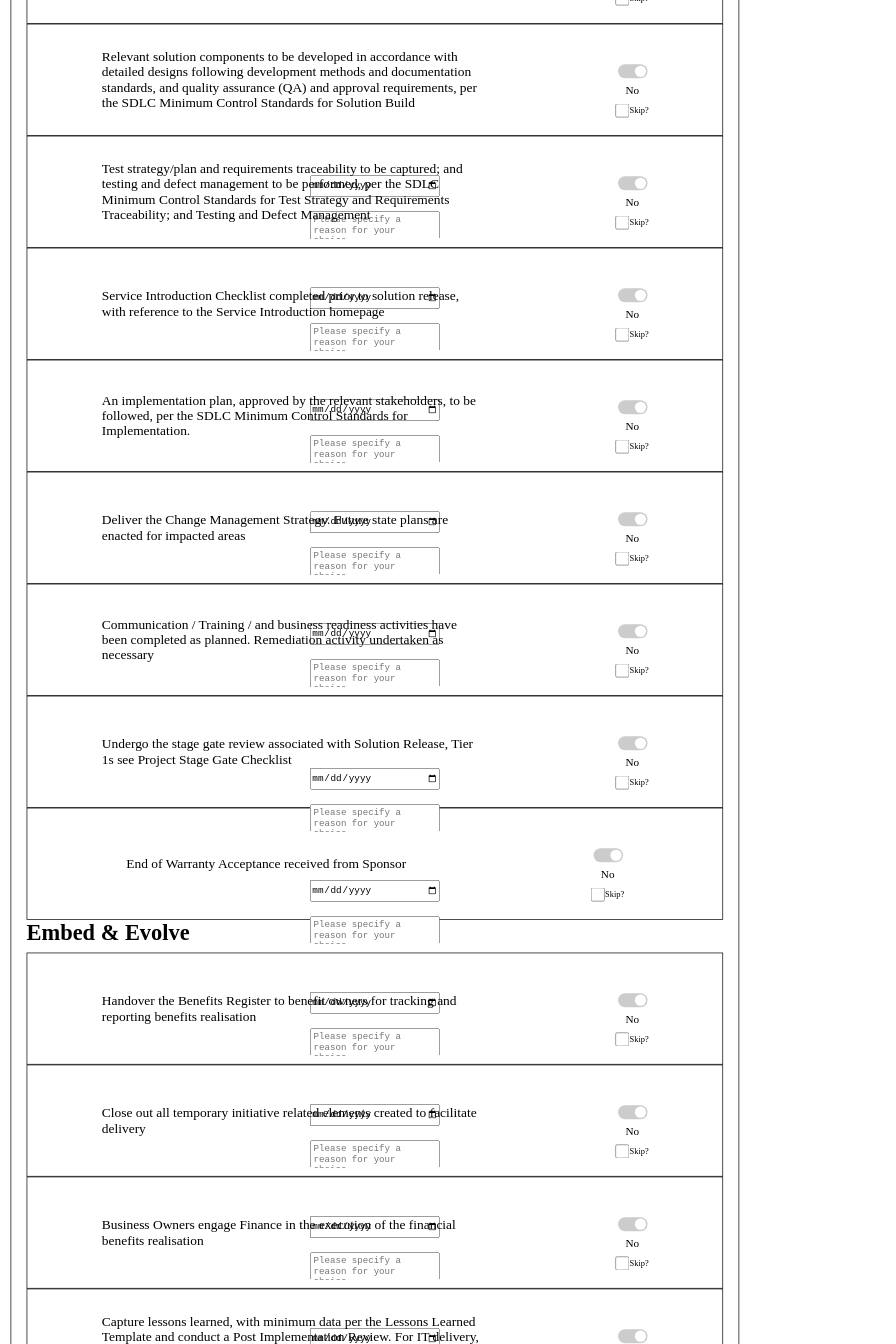
Repository: I-Alpha/JQuery-Html-form
Page: Project-form.html
These files come from the project's save history. The page is drawn as it stood at one moment and after a run of saves; the edit follows.
The browser window is 1280 px wide. The pictures show the part of the page from y = 4247 to 6167 px (the page is 16897 px tall), at 70% of full size.

Above is the page before, as saved 2020-10-27 00:43:49.

After the next 2 saves:
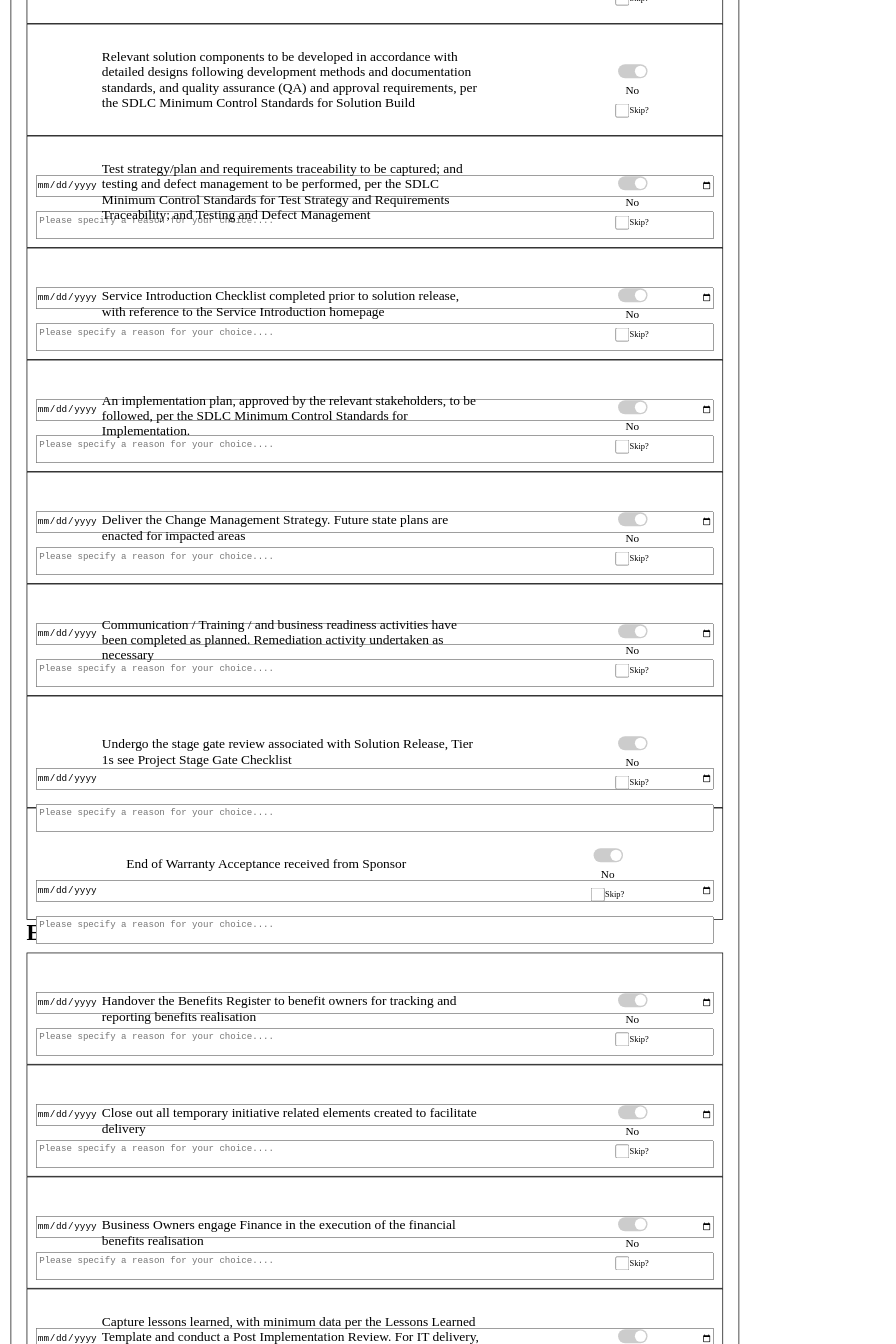
The 2 saves are shown as one change because they came seconds apart.
The last was saved 8 s later.
--- a/main.css
+++ b/main.css
@@ -279,7 +279,7 @@ and (min-width : 1224px) {
     td.altCol{
         position: absolute;
         height: 100%;
-        width:auto;
+        width:100%;
     }
      textarea{
         resize: none;
